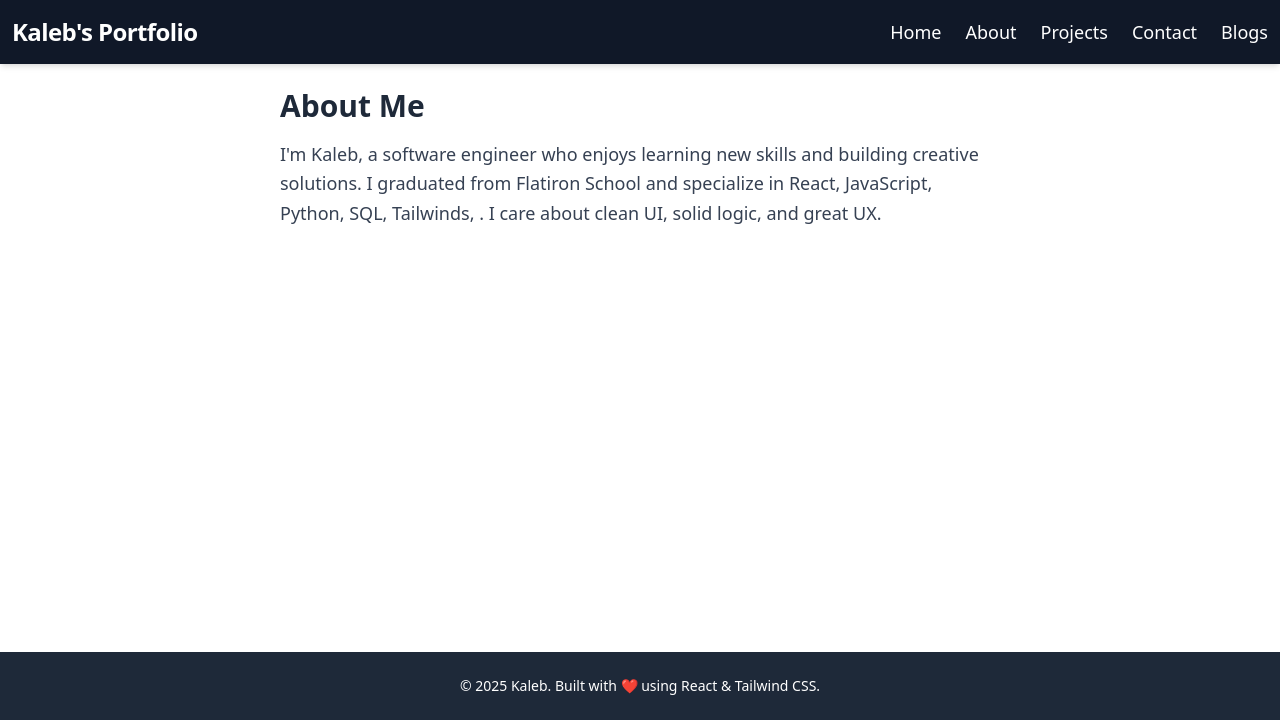
Repository: KalebMalone/portfolio-site
Page: /about
These files come from the project's save history. The page is drawn as it stood at one moment and after the next save; the edit follows.
The browser window is 1280 px wide. The pictures show the whole page.
The project was rebuilt for these pictures with package versions that can differ from the ones it lists, and the page was loaded fresh each time. Also part of the build but not shown: vite.config.js, src/pages/Home.jsx, src/pages/Projects.jsx, src/pages/Contact.jsx, src/pages/Blogs.jsx.

Above is the page before, as saved 2025-04-23 17:42:49.

### src/App.jsx
import { BrowserRouter as Router, Routes, Route } from 'react-router-dom';
import Header from './components/Header';
import Footer from './components/Footer';

import Home from './pages/Home';
import About from './pages/About';
import Projects from './pages/Projects';
import Contact from './pages/Contact';
import Blogs from './pages/Blogs'; // Import Blogs page

function App() {
  return (
    <Router>
      <div className="flex flex-col min-h-screen">
        <Header />

        <main className="flex-grow">
          <Routes>
            <Route path="/" element={<Home />} />
            <Route path="/about" element={<About />} />
            <Route path="/projects" element={<Projects />} />
            <Route path="/contact" element={<Contact />} />
            <Route path="/blogs" element={<Blogs />} /> {/* Add route for Blogs */}
          </Routes>
        </main>

        <Footer />
      </div>
    </Router>
  );
}

export default App;

### src/index.css
@import 'tailwindcss';  /* Or use the Tailwind directives below */

/* Or alternatively, use these Tailwind directives directly in your CSS */
@tailwind base;
@tailwind components;
@tailwind utilities;

### src/components/Header.jsx
import { Link } from 'react-router-dom';

const Header = () => {
    return (
        <header className="bg-gray-900 text-white shadow-md py-4">
            <nav className="max-w-9xl mx-auto flex justify-between items-center px-3">
                {/* Logo/Brand Name (Left-aligned) */}
                <h1 className="text-2xl font-bold tracking-tight">Kaleb's Portfolio</h1>

                {/* Navigation Links (Right-aligned) */}
                <ul className="flex space-x-6 text-lg"> {/* Reduced space between items */}
                    {['Home', 'About', 'Projects', 'Contact', 'Blogs'].map((page) => ( // Add Blogs here
                        <li key={page}>
                            <Link
                                to={`/${page.toLowerCase() === 'home' ? '' : page.toLowerCase()}`}
                                className="hover:text-blue-400 transition-colors duration-200"
                            >
                                {page}
                            </Link>
                        </li>
                    ))}
                </ul>
            </nav>
        </header>
    );
};

export default Header;

### src/components/Footer.jsx
const Footer = () => {
    return (
        <footer className="bg-gray-800 text-white text-center py-6 mt-10">
            <p className="text-sm">© {new Date().getFullYear()} Kaleb. Built with ❤️ using React & Tailwind CSS.</p>
        </footer>
    );
};

export default Footer;

### src/pages/About.jsx
const About = () => {
    return (
        <section className="max-w-3xl mx-auto p-6">
            <h2 className="text-3xl font-bold text-gray-800 mb-4">About Me</h2>
            <p className="text-gray-700 text-lg leading-relaxed">
                I'm Kaleb, a software engineer who enjoys learning new skills and building creative solutions. I graduated from Flatiron School and specialize in React, JavaScript, Python, SQL, Tailwinds, . I care about clean UI, solid logic, and great UX.
            </p>
        </section>
    );
};

export default About;

Loaded but not shown: index.html (common file); src/main.jsx (common file)

After the next save:
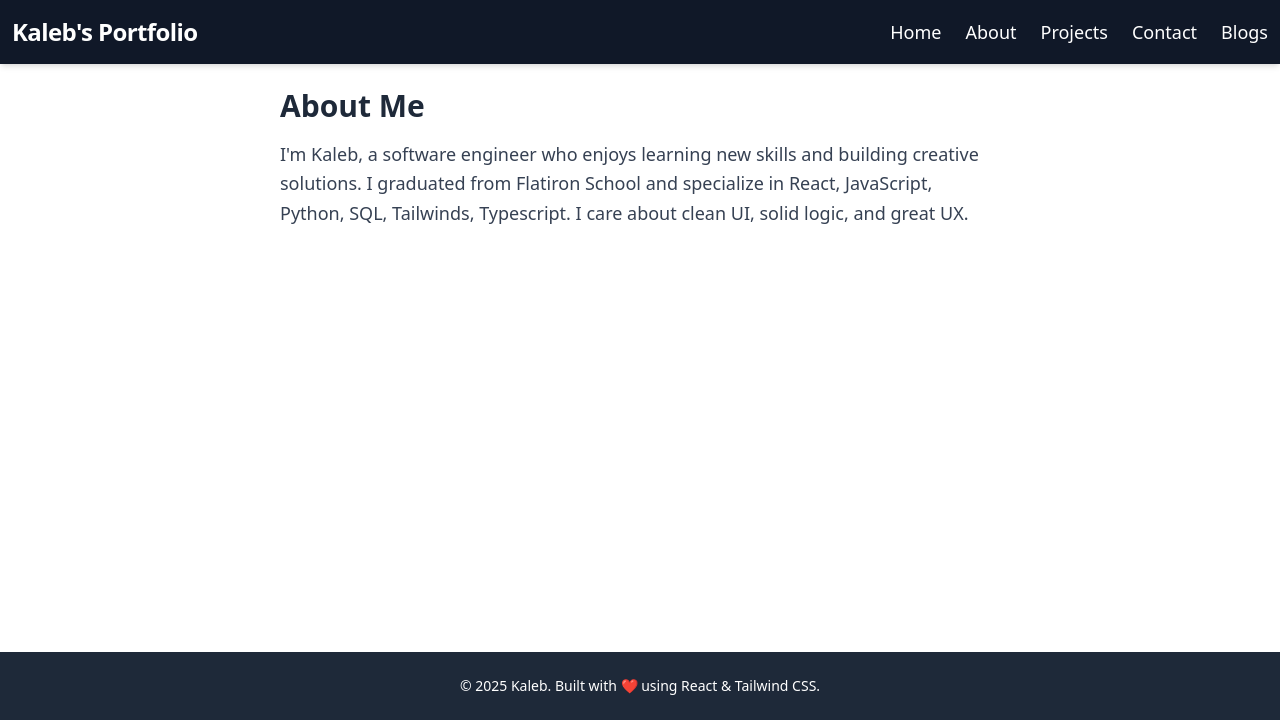
Saved 4 s later.
--- a/src/pages/About.jsx
+++ b/src/pages/About.jsx
@@ -3,7 +3,7 @@ const About = () => {
         <section className="max-w-3xl mx-auto p-6">
             <h2 className="text-3xl font-bold text-gray-800 mb-4">About Me</h2>
             <p className="text-gray-700 text-lg leading-relaxed">
-                I'm Kaleb, a software engineer who enjoys learning new skills and building creative solutions. I graduated from Flatiron School and specialize in React, JavaScript, Python, SQL, Tailwinds, . I care about clean UI, solid logic, and great UX.
+                I'm Kaleb, a software engineer who enjoys learning new skills and building creative solutions. I graduated from Flatiron School and specialize in React, JavaScript, Python, SQL, Tailwinds, Typescript. I care about clean UI, solid logic, and great UX.
             </p>
         </section>
     );
